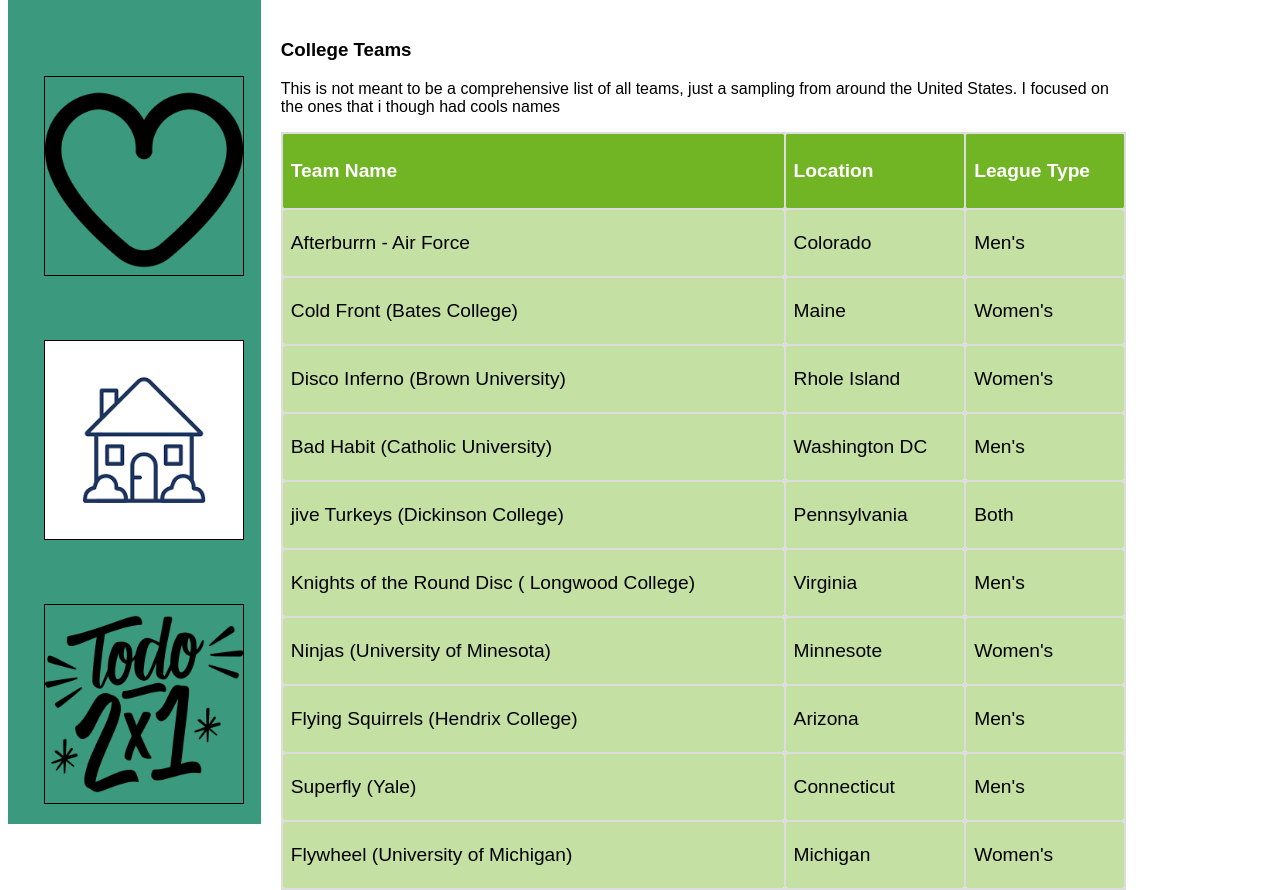
Repository: Tram-anh99/Blockchain_Funix
Page: CSS/Lab6_2.html
The author's editor kept a copy of each file at every save. The page is drawn from the files as they stood at one save, then again after the next save.
The browser window is 1280 px wide. The pictures show the part of the page from y = 342 to 1232 px (the page is 1232 px tall).

Above is the page before, as saved 2023-07-20 01:01:53.

### CSS/Lab6_2.html
<!DOCTYPE html>
<html lang="en">
      <head>
            <title></title>
            <meta charset="UTF-8">
            <meta name="viewport" content="width=device-width, initial-scale=1">
            <link href="Lab6_2.css" rel="stylesheet">
      </head>
      <body>
            <header>
                  <h1>ULIMATE FRISBEE TEAMS</h1>
                  <div>
                        <p>Home</p>
                        <p id="index">Teams</p>
                        <p>History</p>
                        <p>USA Ultimate</p>
                  </div>
            </header>
            <section>
                  <nav>
                        <ul>
                          <ol><img src="./img/heart.png" alt=""></ol>
                          <ol><img src="./img/images.png" alt=""></ol>
                          <ol><img src="./img/sales.png" alt=""></ol>
                        </ul>
                      </nav>

                      <article>
                        <h1>College Teams</h1>
                        <p>This is not meant to be a comprehensive list of all teams, just a sampling from around the United States. I focused on the ones that i though had cools names</p>
                        <table>
                              <tr>
                                    <th>Team Name</th>
                                    <th>Location</th>
                                    <th>League Type</th>
                              </tr>
                              <tr>
                                    <td>Afterburrn - Air Force</td>
                                    <td>Colorado</td>
                                    <td>Men's</td>
                              </tr>
                              <tr>
                                    <td>Cold Front (Bates College)</td>
                                    <td>Maine</td>
                                    <td>Women's</td>
                              </tr>
                              <tr>
                                    <td>Disco Inferno (Brown University)</td>
                                    <td>Rhole Island</td>
                                    <td>Women's</td>
                              </tr>
                              <tr>
                                    <td>Bad Habit (Catholic University)</td>
                                    <td>Washington DC</td>
                                    <td>Men's</td>
                              </tr>
                              <tr>
                                    <td>jive Turkeys (Dickinson College)</td>
                                    <td>Pennsylvania</td>
                                    <td>Both</td>
                              </tr>
                              <tr>
                                    <td>Knights of the Round Disc ( Longwood College)</td>
                                    <td>Virginia</td>
                                    <td>Men's</td>
                              </tr>
                              <tr>
                                    <td>Ninjas (University of Minesota)</td>
                                    <td>Minnesote</td>
                                    <td>Women's</td>
                              </tr>
                              <tr>
                                    <td>Flying Squirrels (Hendrix College)</td>
                                    <td>Arizona</td>
                                    <td>Men's</td>
                              </tr>
                              <tr>
                                    <td>Superfly (Yale)</td>
                                    <td>Connecticut</td>
                                    <td>Men's</td>
                              </tr>
                              <tr>
                                    <td>Flywheel (University of Michigan)</td>
                                    <td>Michigan</td>
                                    <td>Women's</td>
                              </tr>
                        </table>
                      </article>
            </section>
            <footer>

            </footer>
      </body>
</html>

### CSS/Lab6_2.css
* {
      box-sizing: border-box;
}

body {
      font-family: Arial, Helvetica, sans-serif;
}
header{
    /*
    margin: -20px;    */
    background-image:url("./img/img1.jpg") ;
    /* background-color: #666; */
    padding: 30px;
    text-align: center;
    font-size: 35px;
    color: white;
}
header h1 {
      text-align: center;
      font-style: inherit;
      font-size: larger;
      padding: 20px;
}
header p{
      margin: 30px;
      padding: 15px 35px;
      text-decoration: dotted;
      border-radius: 5px;
      opacity: inherit;
      text-align: center;
      display: inline-flex;
      justify-content:space-between;
      align-items: center;
      flex-flow: 1;
      background: rgba(243, 242, 245, 0.555);
      opacity: 5px;
}
nav  {
      /* margin-left: -7px;
      margin-right: 4px;
      float: left;
      width: 30%;
      height: 1000px;
      background: #ccc;
      padding: 20px;
      border: 1px solid red; */
      float: left;
      width: 20%;
      height: 200% ;
      background: #3b997d;
      /* padding: 20px; */
    }
nav a{
      margin: 35px;
      padding: 15px 40px;
      border-radius: 5px;
      opacity: inherit;
      /* text-align: left; */
      display: inline-flex;
      justify-content:space-between;
      /* float: left; */
      align-items:flex-start;
      background: rgba(224, 228, 22, 0.555);
      opacity: 5px;
}
article{
      /* margin-right: 3px;
      margin-left: -6px;
      float: right;
      width: 70%;
      background: #ffffff;
      padding: 20px;
      border: 1px solid red; */
      float: left;
      padding: 20px;
      width: 70%;
      /* background-color: #f1f1f1; */
      height: 300px;
      display: inline;
}
table {
      font:500;
      width: 100%;
      line-height: 50px;
      border-collapse: collapse;
      text-align: left;
      font-size: larger;
      border: 2px solid rgb(155, 194, 47);
      border-radius: 5px;
}
td,th{
      border: 2px solid #ddd;
      padding: 8px;
      border-radius: 5px;
}
th {
      padding-top: 12px;
      padding-bottom: 12px;
      text-align: left;
      background-color: #5daa04cb;
      color: white;
      border-radius: 5px;
}
tr{
      background-color: #5daa045d;
}
img{
      margin-left: -30px;
      margin-right: 20px;
      margin-top: 60px;
      padding: auto;
      display: inline-block;
      position: relative;
      left: 50%;
      transform: translateX(-50%);
      width: 200px;
      height: 200px;
      border: 1px solid black;
}
#index{
      background: #ddd;
      color: rgb(0, 38, 255);
}

After the next save:
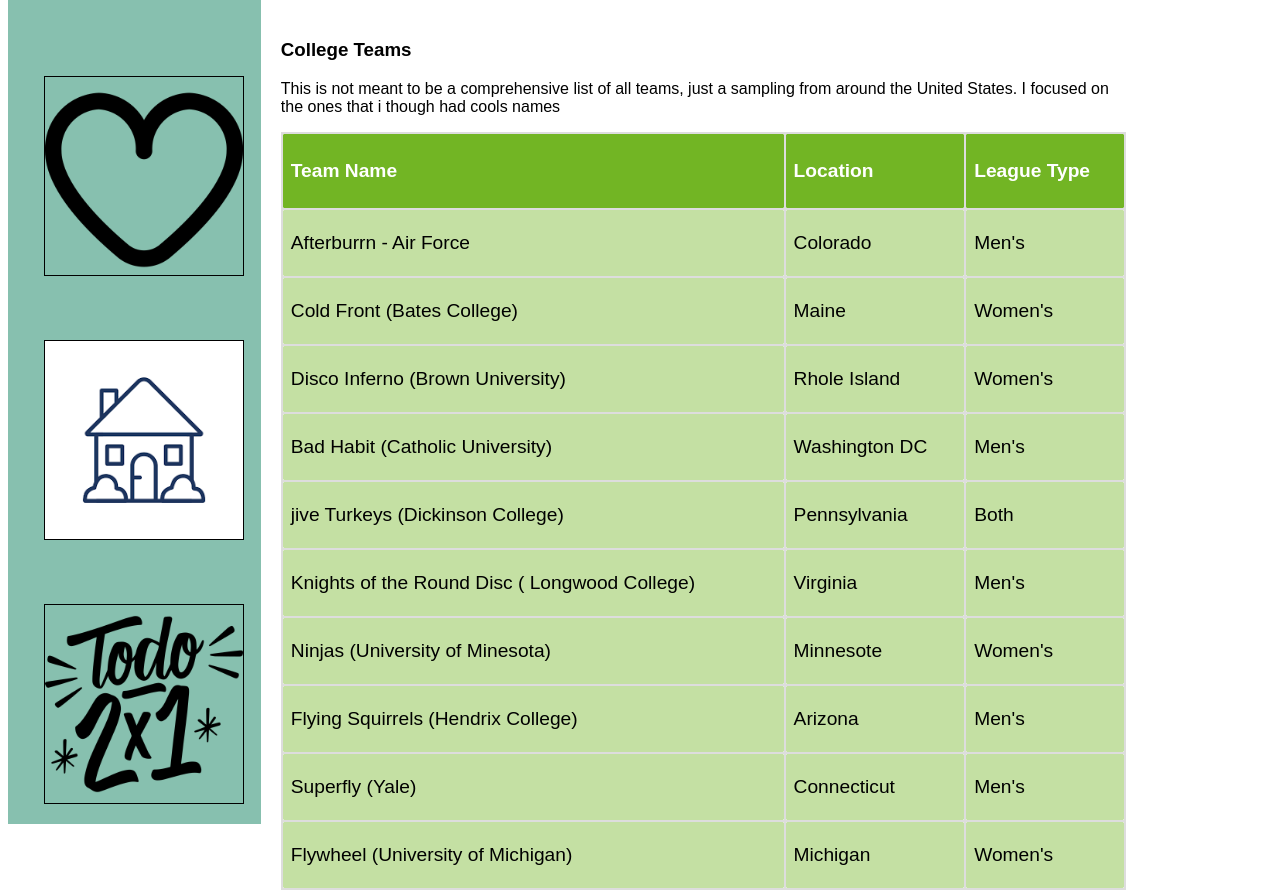
Saved 10 s later.
--- a/CSS/Lab6_2.css
+++ b/CSS/Lab6_2.css
@@ -47,7 +47,7 @@
       float: left;
       width: 20%;
       height: 200% ;
-      background: #3b997d;
+      background: #3b997d9c;
       /* padding: 20px; */
     }
 nav a{
